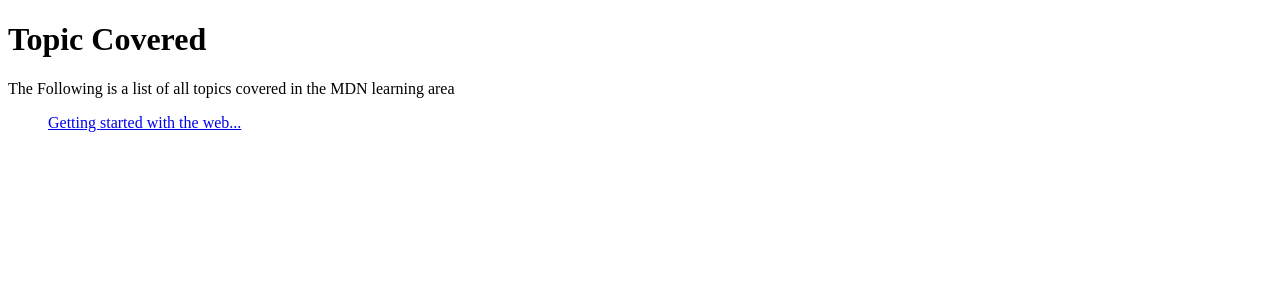
Repository: sriram1224/ReactProjects.github.io
Page: Assignments/Assignment1/index.html
An editor plug-in stored every save of this project. The page is shown before and after the next save, followed by the edit.
The browser window is 1280 px wide. The pictures show the whole page.

Above is the page before, as saved 2024-03-01 09:47:20.

After the next save:
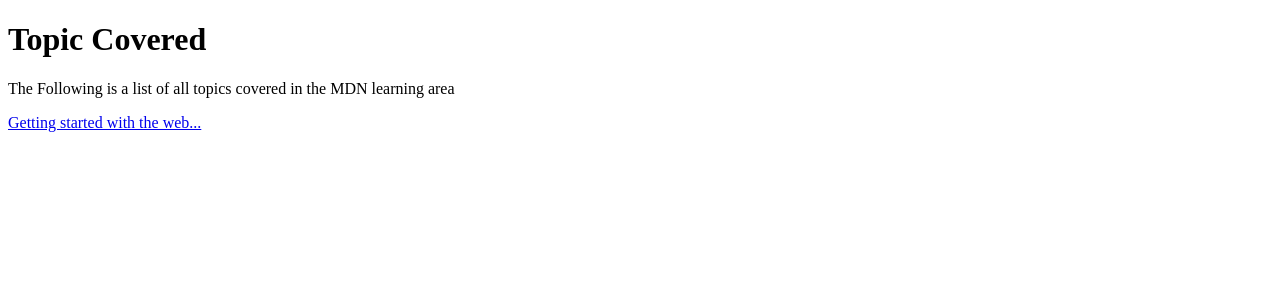
Saved 96 s later.
--- a/Assignments/Assignment1/index.html
+++ b/Assignments/Assignment1/index.html
@@ -28,9 +28,9 @@
       null,
       [
 
-        React.createElement('ul', null, [
+
         React.createElement('a', {href: 'http://example.com'}, 'Getting started with the web...')
-        ])
+
       ]
     );
 
